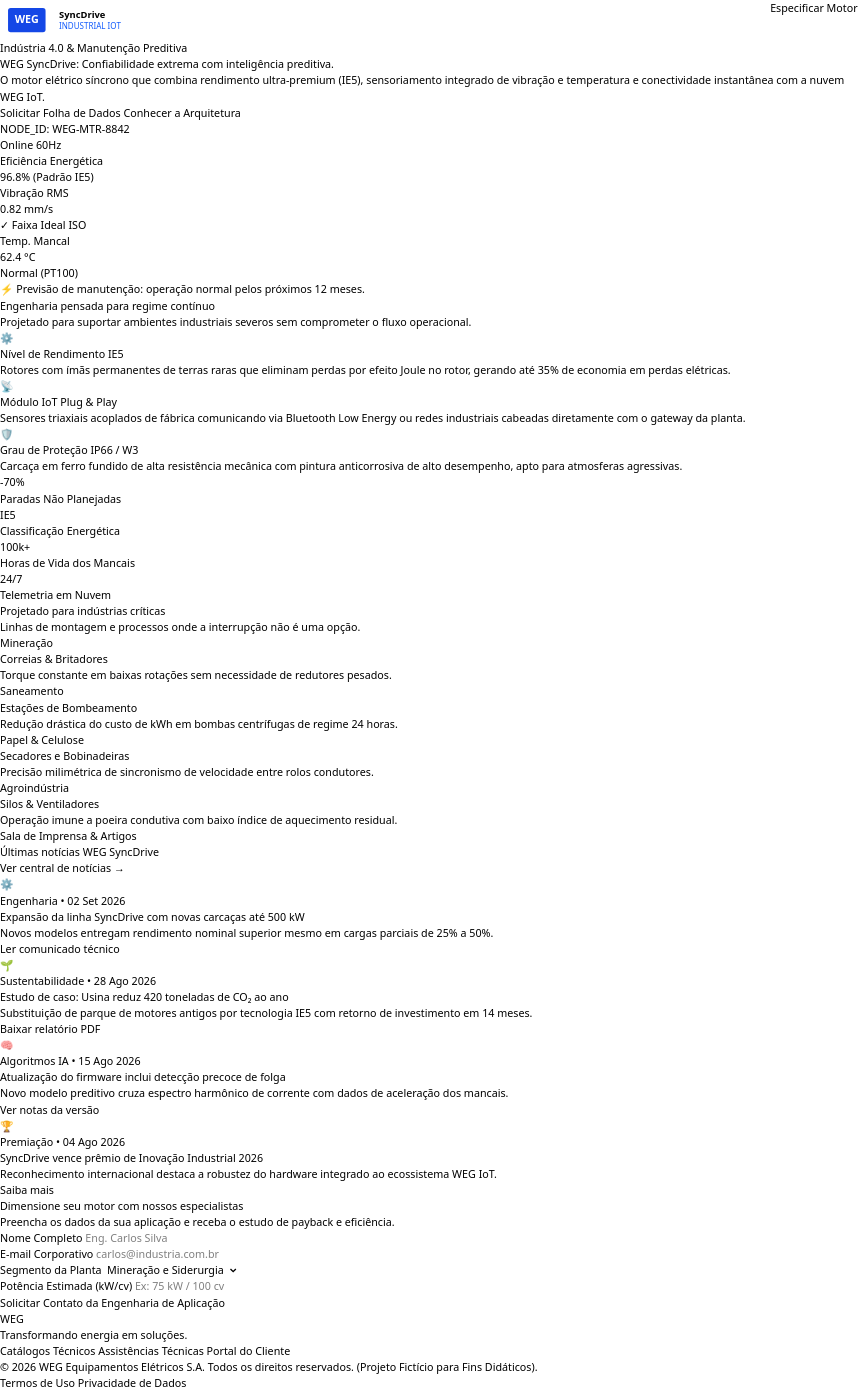
Repository: PatriciaHorst/tailwind-base
Page: index.html
The author's editor kept a copy of each file at every save. The page is drawn from the files as they stood at one save, then again after the next save.
The browser window is 1280 px wide. The pictures show the whole page, at 67% of full size.

Above is the page before, as saved 2026-09-08 19:02:56.

After the next save:
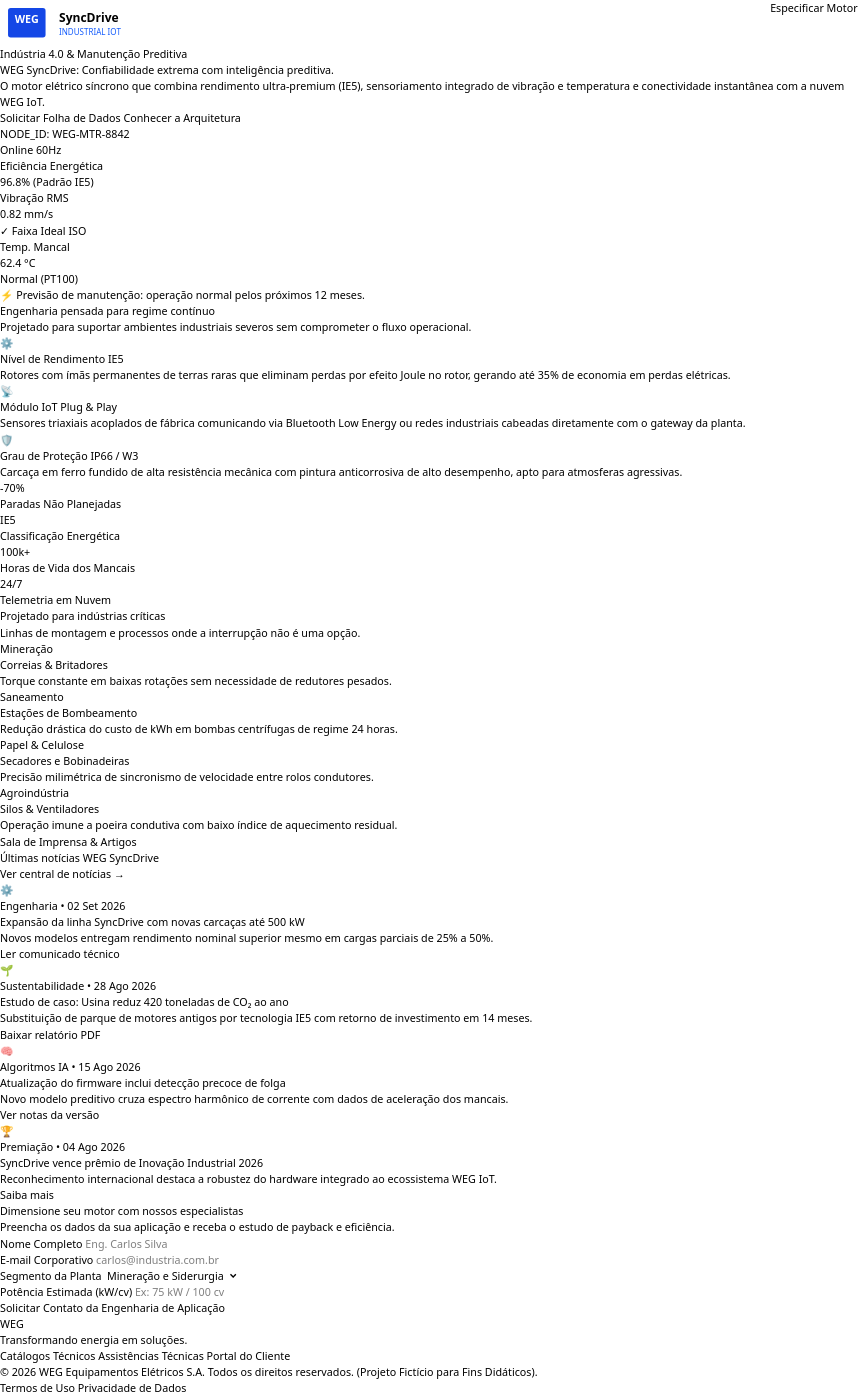
Saved 35 s later.
--- a/index.html
+++ b/index.html
@@ -22,7 +22,7 @@
           WEG
         </div>
         <div class="flex flex-col" >
-          <span class="font-bold text-sm">SyncDrive</span>
+          <span class="font-bold text-lg">SyncDrive</span>
           <span class=" text-xs text-blue-600">INDUSTRIAL IOT</span>
         </div>
       </div>

After the save that followed:
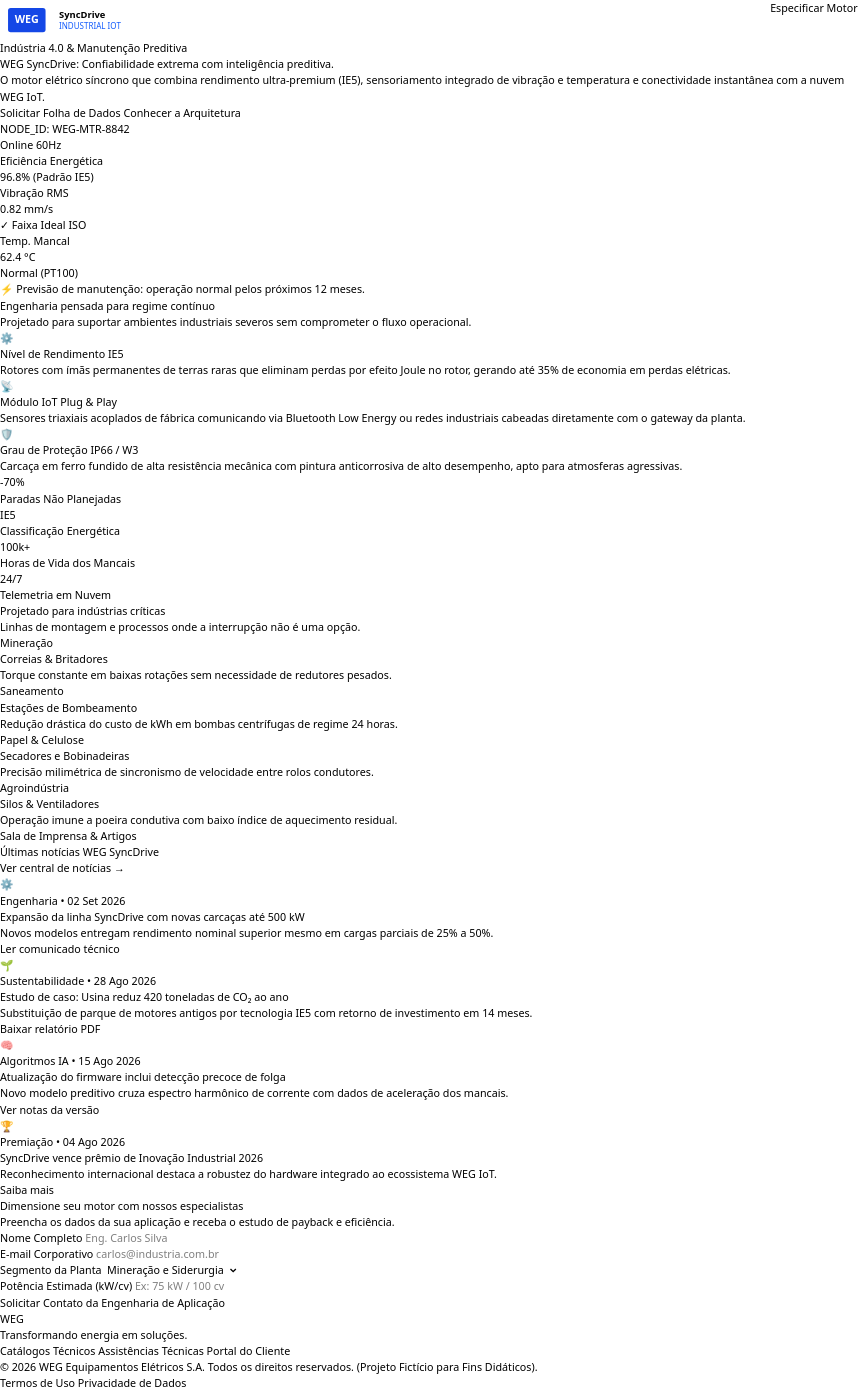
Saved 32 s later.
--- a/index.html
+++ b/index.html
@@ -22,7 +22,7 @@
           WEG
         </div>
         <div class="flex flex-col" >
-          <span class="font-bold text-lg">SyncDrive</span>
+          <span class="font-bold text-sm">SyncDrive</span>
           <span class=" text-xs text-blue-600">INDUSTRIAL IOT</span>
         </div>
       </div>
